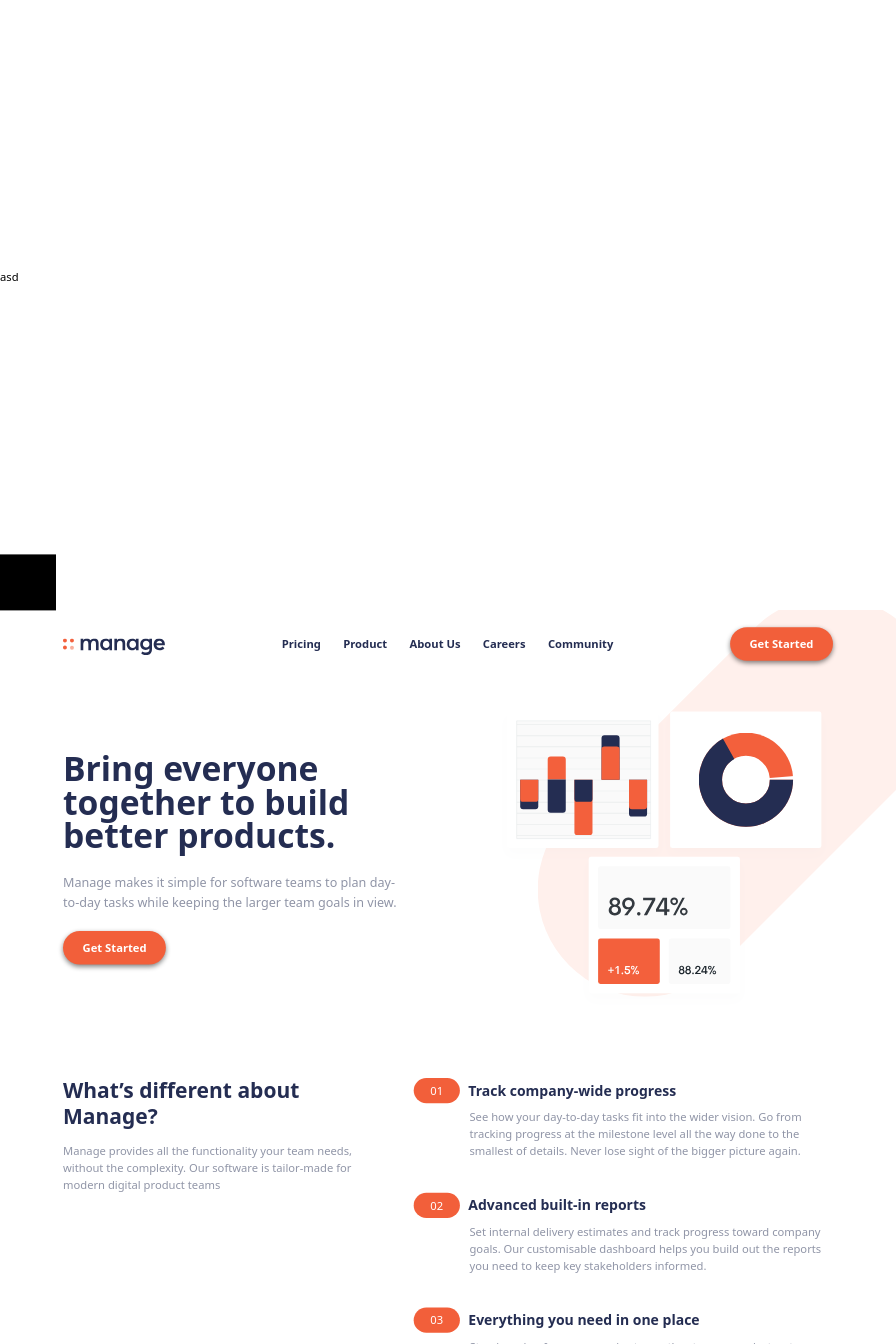
Repository: aqib-01/manage-landing-page
Page: /
These files come from the project's save history. The page is drawn as it stood at one moment and after a run of saves; the edit follows.
The browser window is 1280 px wide. The pictures show the part of the page from y = 0 to 1920 px (the page is 3052 px tall before and 2180 px after), at 70% of full size.
The project was rebuilt for these pictures with package versions that can differ from the ones it lists, and the page was loaded fresh each time.

Above is the page before, as saved 2022-05-13 21:37:18.

After the next 2 saves:
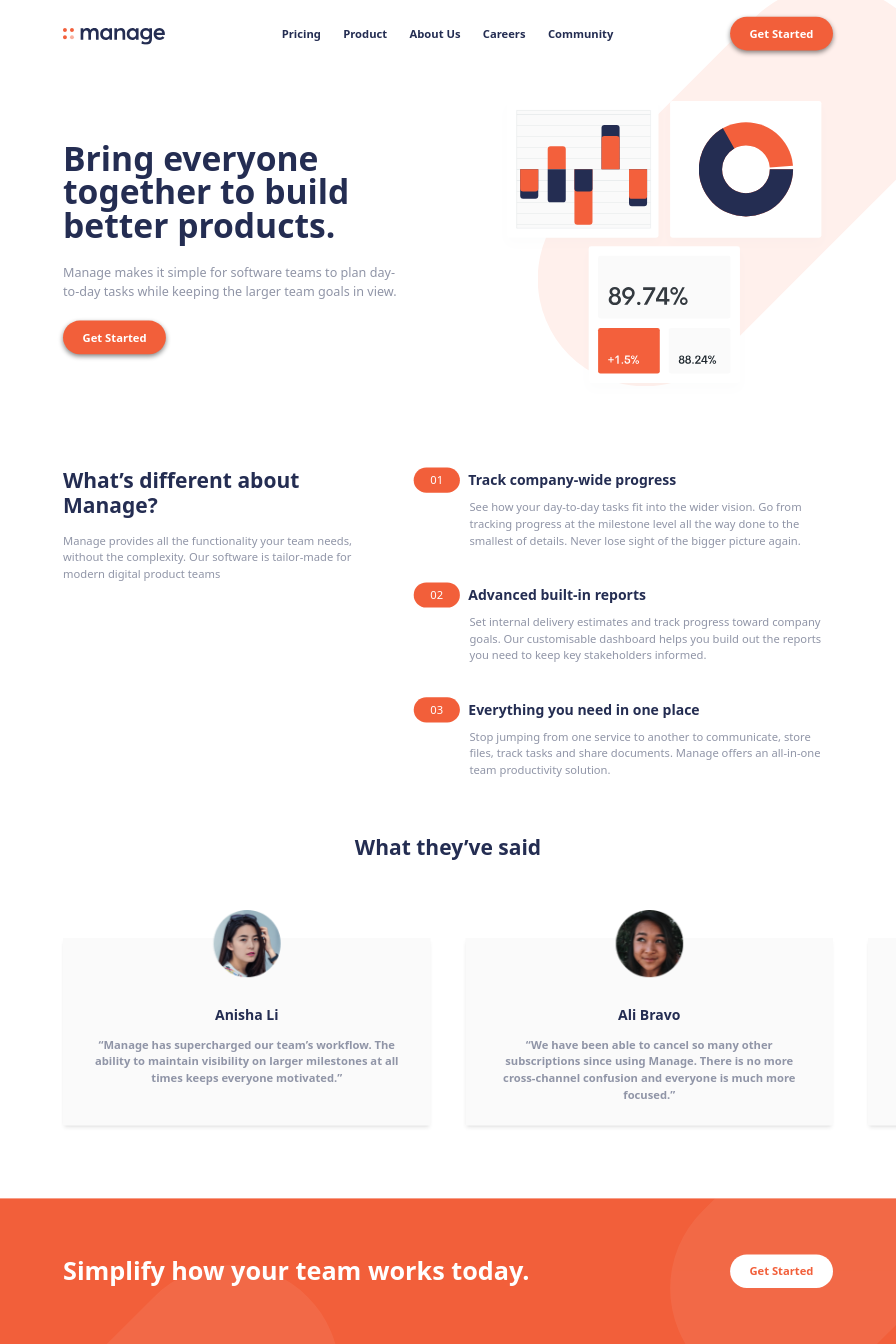
The 2 saves are shown as one change because they came seconds apart.
The last was saved 16 s later.
--- a/src/App.js
+++ b/src/App.js
@@ -11,10 +11,7 @@
 gsap.registerPlugin(ScrollTrigger);
 const App = () => {
   useEffect(() => {
-    gsap.from(".box", {
-      x: -100,
-      scrollTrigger: ".box",
-    });
+
     //gsapAnimation();
     gsap.from(".build-together-sect .get-start-btn", {
       y: 200,
@@ -23,10 +20,7 @@
   }, []);
   return (
     <>
-      <>
-        <div className="mt-96">asd</div>
-        <div className="box h-20 w-20 bg-black mt-96"></div>
-      </>
+
       <div className="nav-intro-sect">
         <Nav />
 

After the save that followed:
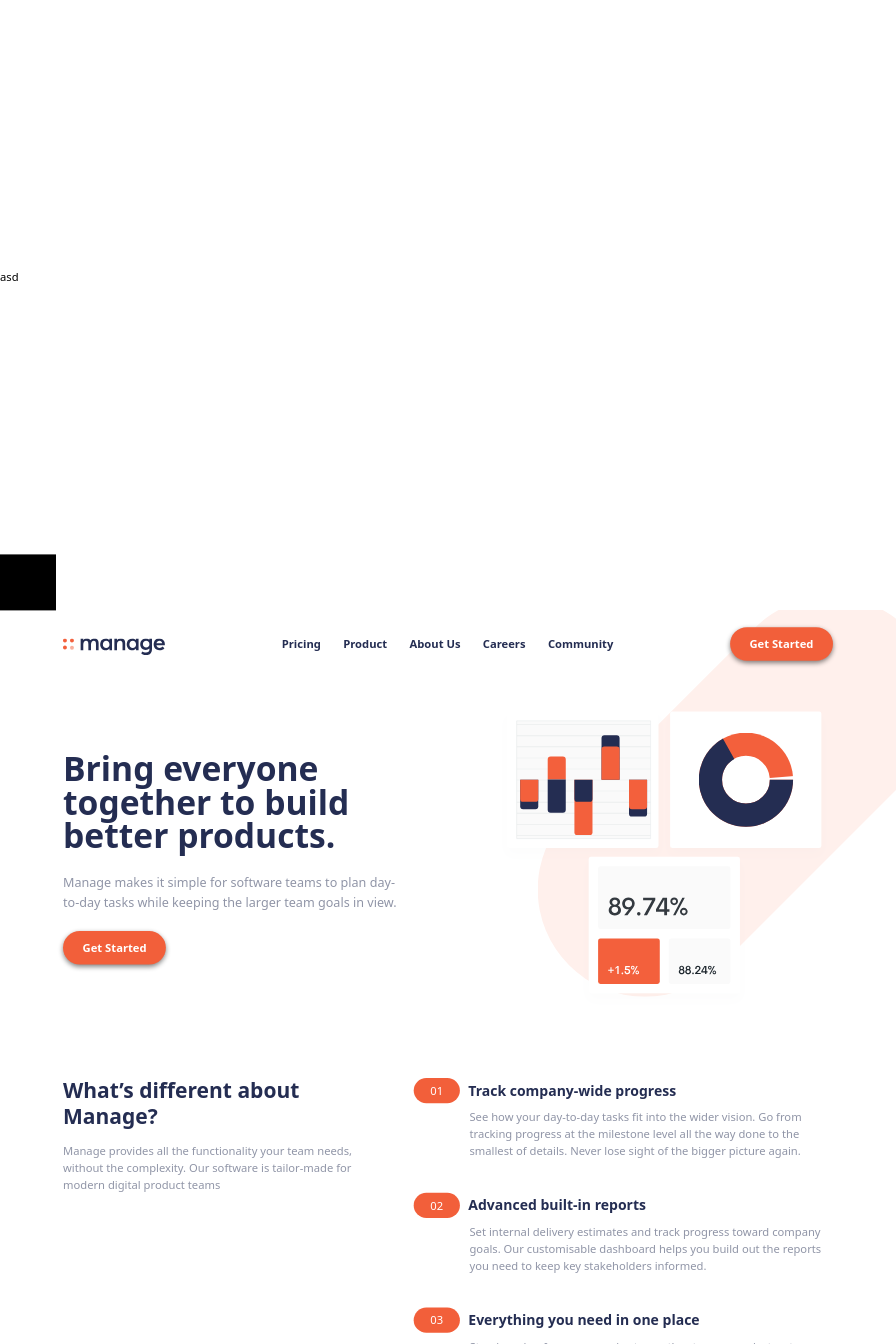
Saved 11 s later.
--- a/src/App.js
+++ b/src/App.js
@@ -11,7 +11,10 @@
 gsap.registerPlugin(ScrollTrigger);
 const App = () => {
   useEffect(() => {
-
+    gsap.from(".box", {
+      x: -100,
+      scrollTrigger: ".box",
+    });
     //gsapAnimation();
     gsap.from(".build-together-sect .get-start-btn", {
       y: 200,
@@ -20,7 +23,10 @@
   }, []);
   return (
     <>
-
+      <>
+        <div className="mt-96">asd</div>
+        <div className="box h-20 w-20 bg-black mt-96"></div>
+      </>
       <div className="nav-intro-sect">
         <Nav />
 
